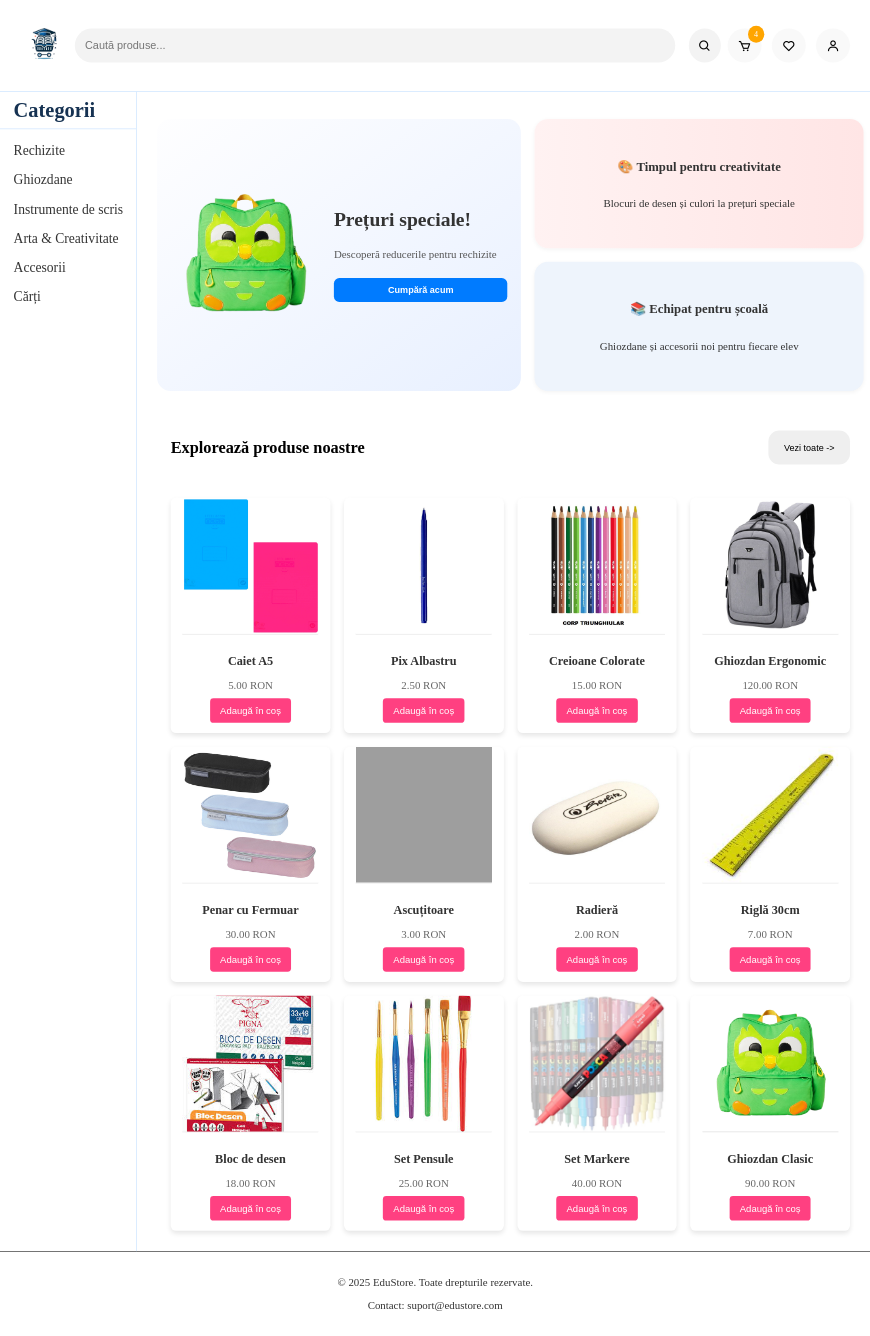
Repository: Roxana5504/WebDev-Project
Page: frontend/index.html
These files come from the project's save history. The page is drawn as it stood at one moment and after the next save; the edit follows.
The browser window is 1280 px wide. The pictures show the whole page, at 68% of full size.
Pictures or frames that could not be fetched are drawn as grey boxes.

Above is the page before, as saved 2025-04-23 17:05:55.

### frontend/index.html
<!DOCTYPE html>
<html lang="ro">
  <head>
    <meta charset="UTF-8" />
    <meta name="viewport" content="width=device-width, initial-scale=1.0" />
    <title>Căutare Produse</title>
    <link rel="stylesheet" href="/styles.css" />
    <link
      href="https://cdn.jsdelivr.net/npm/boxicons@2.1.4/css/boxicons.min.css"
      rel="stylesheet"
    />
  </head>

  <body>
    <header class="container-header">
      <div class="logo">
        <img src="/backend/images/logoDWS.png" alt="EduStore" />
      </div>

      <div class="search-bar">
        <button class="sidebar-toggle" id="sidebar-toggle">
          <i class="bx bx-menu"></i>
        </button>
        <input type="text" id="search-input" placeholder="Caută produse..." />
        <button class="search-btn" id="search-btn">
          <i class="bx bx-search"></i>
        </button>
      </div>

      <div class="header-icons">
        <div class="header-icon">
          <span class="cart-items">4</span>
          <i class="bx bx-cart"></i>
        </div>
        <div class="header-icon">
          <i class="bx bx-heart"></i>
        </div>
        <div class="header-icon profile">
          <i class="bx bx-user"></i>
        </div>
      </div>
    </header>

    <div class="main-content">
      <aside class="sidebar">
        <h2>Categorii</h2>
        <ul>
          <li>Rechizite</li>
          <li>Ghiozdane</li>
          <li>Instrumente de scris</li>
          <li>Arta & Creativitate</li>
          <li>Accesorii</li>
          <li>Cărți</li>
        </ul>
      </aside>

      <div class="container">
        <section class="banner">
          <div class="banner-left">
            <div class="banner-left-content">
              <div class="img-cont">
                <img src="/backend/images/gh.jpg" alt="Oferta specială" />
              </div>

              <div class="banner-text">
                <h2>Prețuri speciale!</h2>
                <p>Descoperă reducerile pentru rechizite</p>
                <button class="buy-now-btn" id="buy-now-btn">
                  Cumpără acum
                </button>
              </div>
            </div>
          </div>

          <div class="banner-right">
            <div class="banner-right-up">
              <h3>🎨 Timpul pentru creativitate</h3>
              <p>Blocuri de desen și culori la prețuri speciale</p>
            </div>
            <div class="banner-right-down">
              <h3>📚 Echipat pentru școală</h3>
              <p>Ghiozdane și accesorii noi pentru fiecare elev</p>
            </div>
          </div>
        </section>

        <section class="products">
          <div class="products-explore-line">
            <h2>Explorează produse noastre</h2>
            <button class="all-products-button">Vezi toate -></button>
          </div>
          <div id="product-list" class="product-list"></div>
        </section>
      </div>
    </div>
    <footer>
      <p>&copy; 2025 EduStore. Toate drepturile rezervate.</p>
      <p>Contact: suport@edustore.com</p>
    </footer>
    <script src="script.js"></script>
  </body>
</html>

### frontend/styles.css
/*CSS Roxana*/
html,
body {
  height: 100%;
  margin: 0;
  padding: 0;
}

.modal-overlay {
  position: fixed;
  top: 0;
  left: 0;
  right: 0;
  bottom: 0;
  background: rgba(0, 0, 0, 0.6);
  display: flex;
  align-items: center;
  justify-content: center;
  padding: 20px;
  z-index: 9999;
  overflow-y: auto;
  box-sizing: border-box;
}

.modal-content {
  display: flex;
  flex-direction: column;
  background: white;
  padding: 20px;
  border-radius: 10px;
  max-width: 800px;
  width: 100%;
  max-height: 90vh;
  overflow-y: auto;
  position: relative;
  box-sizing: border-box;
  align-items: center;
}

.modal-buttons {
  align-items: center;
  display: flex;
  gap: 10px;
  margin-top: 20px;
}

.modal-content button {
  background-color: black;
  color: white;
  font-weight: bold;
  border: none;
  padding: 12px 16px;
  border-radius: 5px;
}

.close-btn {
  position: absolute;
  top: 10px;
  right: 15px;
  font-size: 24px;
  cursor: pointer;
  color: red;
}

.modal-products {
  display: flex;
  flex-wrap: wrap;
  gap: 20px;
}

.modal-product-card {
  width: 200px;
  border: 1px solid #eee;
  border-radius: 10px;
  padding: 10px;
  text-align: center;
}

.modal-product-card img {
  max-width: 100%;
  height: auto;
  border-radius: 5px;
}

.container-header {
  padding: 30px;
  display: flex;
  align-items: center;
  justify-content: space-between;
  width: 100%;
  box-sizing: border-box;
  flex-wrap: wrap;
  gap: 10px;
  border-bottom: 1px solid rgb(203, 227, 255);
}

.logo img {
  height: 70px;
  cursor: pointer;
}

.search-bar {
  flex: 1;
  gap: 20px;
  display: flex;
  align-items: center;
  position: relative;
  max-width: 1000px;
}

.search-btn {
  width: 50px;
  height: 50px;
  border-radius: 100%;
  border: none;
  background-color: #f3f3f3;
  display: flex;
  justify-content: center;
  align-items: center;
  cursor: pointer;
  font-size: 20px;
}

.search-bar input {
  min-width: 200px;
  width: 100%;
  height: 50px;
  padding: 10px 15px;
  border-radius: 50px;
  border: none;
  background-color: #f3f3f3;
  font-size: 16px;
  outline: none;
  box-sizing: border-box;
}

.header-icons {
  display: flex;
  align-items: center;
  gap: 15px;
}

.header-icon {
  position: relative;
  width: 50px;
  height: 50px;
  background-color: #f9f9f9;
  border-radius: 50%;
  display: flex;
  justify-content: center;
  align-items: center;
  cursor: pointer;
}

.header-icon i {
  font-size: 20px;
  color: black;
}

.cart-items {
  position: absolute;
  top: -4px;
  right: -4px;
  background-color: orange;
  color: white;
  font-size: 12px;
  border-radius: 100%;
  padding: 5px 9px;
}

.main-content {
  display: flex;
  flex: 1;
  box-sizing: border-box;
  justify-content: left;
}

.container {
  flex: 1;
  width: 100%;
  margin: 0px auto;
  display: flex;
  flex-direction: column;
  padding: 10px;
  max-width: 1200px;
  box-sizing: border-box;
  justify-content: flex-start;
}

.sidebar {
  position: relative;
  height: auto;
  width: 200px;
  padding-right: 0px;
  margin-right: 20px;
  border-right: 1px solid rgb(203, 227, 255);
}

.sidebar h2 {
  padding: 10px 0 10px 20px;
  font-size: 30px;
  font-weight: bold;
  margin-top: 0px;
  color: rgb(22, 50, 82);
  margin-bottom: 10px;
  border-bottom: 1px solid rgb(203, 227, 255);
}

.sidebar ul {
  position: fixed;
  list-style: none;
  padding: 0;
  margin: 0;
  margin-left: 20px;
}

.sidebar ul li {
  padding: 10px 0;
  font-size: 20px;
  color: #333;
  cursor: pointer;
  transition: color 0.3s ease;
}

.sidebar ul li:hover {
  color: #0d4e5a;
}

.sidebar-toggle {
  background: none;
  border: none;
  font-size: 25px;
  cursor: pointer;
  display: none;
}

.banner {
  display: flex;
  flex-wrap: wrap;
  gap: 20px;
  margin: 30px 0;
  width: 100%;
}

.banner-left {
  box-sizing: border-box;
  background: linear-gradient(to bottom right, #fefeff, #e8f0ff);
  border-radius: 20px;
  padding: 20px;
  position: relative;
  display: flex;
  align-items: center;
  justify-content: space-between;
  flex: 1 1 50%;
}

.banner-left-content {
  display: flex;
  gap: 20px;
  align-items: center;
  flex-wrap: wrap;
  width: 100%;
  max-width: 500px;
}

.banner-left-content img {
  width: 100%;
  max-width: 220px;
  height: auto;
  border-radius: 10px;
  object-fit: cover;
}

.banner-text {
  flex: 1;
  display: flex;
  flex-direction: column;
  gap: 10px;
}

.banner-text h2 {
  font-size: 1.8rem;
  color: #333;
  margin: 0;
}

.banner-text p {
  font-size: 1rem;
  color: #555;
}

.buy-now-btn {
  background-color: #007bff;
  color: white;
  border: none;
  padding: 10px 16px;
  border-radius: 8px;
  font-weight: bold;
  cursor: pointer;
  transition: background 0.3s ease;
}

.buy-now-btn:hover {
  background-color: #0056b3;
}

.banner-right {
  flex: 1 1 45%;
  display: flex;
  flex-direction: column;
  justify-content: space-between;
  gap: 20px;
  min-width: 300px;
}

.banner-right-up,
.banner-right-down {
  border-radius: 20px;
  padding: 20px;
  text-align: center;
  min-height: 150px;
  display: flex;
  flex-direction: column;
  justify-content: center;
  box-shadow: 0 2px 6px rgba(0, 0, 0, 0.05);
}

.banner-right-up {
  background: linear-gradient(to right, #fff2f2, #ffe5e5);
  color: #333;
}

.banner-right-down {
  background: #eef4fc;
  color: #333;
}

footer {
  text-align: center;
  padding: 20px;
  border-top: 1px solid #333;
  color: #333;
  background-color: white;
}

.products-explore-line {
  display: flex;
  justify-content: space-between;
  width: 100%;
  box-sizing: border-box;
  align-items: center;
  padding: 20px;
}

.all-products-button {
  border: none;
  border-radius: 16px;
  padding: 0px 10px;
  width: 120px;
  height: 50px;
  cursor: pointer;
}

@media (max-width: 768px) {
  .search-bar {
    gap: 10px;
    width: 100%;
    margin: 0px;
    order: 1;
    display: flex;
    justify-content: center;
  }

  .search-bar input {
    flex: 1;
    margin: 0 10px;
  }

  .banner {
    flex-direction: column;
  }

  .banner-left {
    width: 100%;
    flex: none;
  }

  .banner-right {
    flex-direction: row;
    flex-wrap: wrap;
    width: 100%;
    gap: 20px;
  }

  .banner-right-up,
  .banner-right-down {
    flex: 1 1 48%;
    min-width: 48%;
    padding: 15px;
  }
}

@media (max-width: 600px) {
  .modal-products {
    flex-direction: column;
    align-items: center;
  }

  .modal-product-card {
    width: 100%;
    max-width: 300px;
  }
  .sidebar {
    width: 30%;
    z-index: 99;
    transform: translateX(-100%);
    display: none;
  }

  .sidebar-toggle {
    display: block;
  }

  .sidebar.open {
    transform: translateX(0);
    display: block;
  }

  .sidebar h2 {
    font-size: 22px;
  }

  .sidebar ul li {
    font-size: 16px;
  }
}

/*Sfarsit CSS Roxana*/

.product-list {
  display: grid;
  grid-template-columns: repeat(auto-fit, minmax(220px, 1fr));
  gap: 20px;
  padding: 20px;
}

.product-card {
  background: white;
  border-radius: 8px;
  box-shadow: 0px 4px 8px rgba(0, 0, 0, 0.1);
  overflow: hidden;
  text-align: center;
  transition: transform 0.2s ease-in-out;
}

.product-card:hover {
  transform: scale(1.05);
}

.product-card img {
  width: 100%;
  height: 200px;
  object-fit: cover;
  border-bottom: 1px solid #ddd;
}

.product-card .product-info {
  padding: 15px;
}

.product-card h3 {
  font-size: 18px;
  margin: 10px 0;
  color: #333;
}

.product-card p {
  font-size: 16px;
  color: #666;
  margin-bottom: 10px;
}

.product-card button {
  background: #ff4081;
  color: white;
  border: none;
  padding: 10px 15px;
  border-radius: 5px;
  cursor: pointer;
  font-size: 14px;
  transition: background 0.3s;
}

.product-card button:hover {
  background: #e6006e;
}

@media (max-width: 768px) {
  .product-list {
    grid-template-columns: repeat(auto-fit, minmax(180px, 1fr));
  }
}

### frontend/script.js
//Roxana
document.addEventListener("DOMContentLoaded", function () {
  const categoryItems = document.querySelectorAll("aside li")
  const productList = document.getElementById("product-list")
  let products = []

  fetch("/products.json")
    .then((response) => {
      if (!response.ok) {
        throw new Error("Eroare la încărcarea fișierului products.json")
      }
      return response.json()
    })
    .then((data) => {
      products = data.products.map((product) => {
        const name = product.name.toLowerCase()
        let category = "altele"

        if (name.includes("ghiozdan")) category = "ghiozdane"
        else if (
          name.includes("pix") ||
          name.includes("creion") ||
          name.includes("marker") ||
          name.includes("pensul")
        )
          category = "arta-creativitate"
        else if (
          name.includes("radier") ||
          name.includes("ascuțitoare") ||
          name.includes("rigl")
        )
          category = "accesorii"
        else if (
          name.includes("caiet") ||
          name.includes("penar") ||
          name.includes("bloc")
        )
          category = "rechizite"

        return { ...product, category }
      })

      renderProducts()
    })
    .catch((error) => {
      console.error("Eroare la încărcare produse:", error)
    })

  function renderProducts() {
    productList.innerHTML = ""
    products.forEach((product) => {
      const productCard = document.createElement("div")
      productCard.classList.add("product-card")
      productCard.setAttribute("data-category", product.category)
      productCard.innerHTML = `
        <img src="${product.image}" alt="${
        product.name
      }" style="width: 200px; height: 200px; object-fit: cover;">
        <div class="product-info">
          <h3>${product.name}</h3>
          <p>${product.price.toFixed(2)} RON</p>
          <button>Adaugă în coș</button>
        </div>
      `
      productList.appendChild(productCard)
    })
  }

  categoryItems.forEach((item) => {
    item.addEventListener("click", function () {
      const category = this.textContent
        .trim()
        .toLowerCase()
        .replace(/\s+/g, "-")
      const productCards = document.querySelectorAll(".product-card")

      productCards.forEach((product) => {
        if (
          product.getAttribute("data-category") === category ||
          category === "toate"
        ) {
          product.style.display = "flex"
        } else {
          product.style.display = "none"
        }
      })
    })
  })
})

document.getElementById("search-btn").addEventListener("click", () => {
  const query = document.getElementById("search-input").value.trim()

  fetch(`/products/${query}`)
    .then((res) => {
      if (!res.ok) throw new Error("Server error: " + res.status)
      return res.json()
    })
    .then((data) => {
      if (data.length > 0) {
        showModalWithProducts(data)
      } else {
        showNoProductFoundModal(query)
      }
    })
    .catch((err) => {
      console.error("Eroare:", err)
    })
})

document.getElementById("buy-now-btn").addEventListener("click", () => {
  const query = "Ghiozdan Clasic"
  fetch(`/products/${query}`)
    .then((res) => {
      if (!res.ok) throw new Error("Server error: " + res.status)
      return res.json()
    })
    .then((data) => {
      if (data.length > 0) {
        showModalWithProducts(data)
      } else {
        showNoProductFoundModal(query)
      }
    })
    .catch((err) => {
      console.error("Eroare:", err)
    })
})

function showModalWithProducts(products) {
  let modalHTML = `
      <div id="product-modal" class="modal-overlay">
        <div class="modal-content">
          <span class="close-btn" onclick="closeModal()">&times;</span>
          <h2>Rezultate Căutare</h2>
          <div class="modal-products">
    `

  products.forEach((product) => {
    modalHTML += `
        <div class="modal-product-card">
          <img src="${product.image}" alt="${product.name}" />
          <h3>${product.name}</h3>
          <p>Preț: ${product.price} lei</p>
          <p>Cantitate: ${product.quantity ?? "Nespecificat"}</p>
        </div>
      `
  })

  modalHTML += `
          </div>
        </div>
      </div>
    `

  document.body.insertAdjacentHTML("beforeend", modalHTML)
}

function showNoProductFoundModal(query) {
  const modalHTML = `
      <div id="product-modal" class="modal-overlay">
        <div class="modal-content">
          <span class="close-btn" onclick="closeModal()">&times;</span>
          <h2>Produs negăsit</h2>
          <p>Nu am găsit produsul <strong>"${query}"</strong>.</p>
          <p>Dorești să îl adaugi în magazin?</p>
          <div class="modal-buttons">
          <button onclick="openAddProductForm('${query}')">Adaugă produs</button>
          <button onclick="closeModal()">Încearcă din nou</button></div>
        </div>
      </div>
    `
  document.body.insertAdjacentHTML("beforeend", modalHTML)
}

function closeModal() {
  const modal = document.getElementById("product-modal")
  if (modal) modal.remove()
}

const sidebarToggle = document.getElementById("sidebar-toggle")
const sidebar = document.querySelector(".sidebar")

sidebarToggle.addEventListener("click", () => {
  sidebar.classList.toggle("open")
})
//Sfarsit cod Roxana

### backend/products.json
{
  "products": [
    { "name": "Caiet A5", "price": 5.0, "image": "/backend/images/caiet.jpg" },
    {
      "name": "Pix Albastru",
      "price": 2.5,
      "image": "/backend/images/pix.jpg",
      "quantity": 20
    },
    {
      "name": "Creioane Colorate",
      "price": 15.0,
      "image": "/backend/images/creioane.jpg",
      "quantity": 20
    },
    {
      "name": "Ghiozdan Ergonomic",
      "price": 120.0,
      "image": "/backend/images/ghiozdan.jpg",
      "quantity": 20
    },
    {
      "name": "Penar cu Fermuar",
      "price": 30.0,
      "image": "/backend/images/penar.jpg",
      "quantity": 20
    },
    {
      "name": "Ascuțitoare",
      "price": 3.0,
      "image": "/backend/images/ascutitoare.jpg",
      "quantity": 20
    },

    {
      "name": "Radieră",
      "price": 2.0,
      "image": "/backend/images/radiera.jpg",
      "quantity": 20
    },
    {
      "name": "Riglă 30cm",
      "price": 7.0,
      "image": "/backend/images/rigla.jpg",
      "quantity": 20
    },
    {
      "name": "Bloc de desen",
      "price": 18.0,
      "image": "/backend/images/blocdesen.jpg",
      "quantity": 20
    },
    {
      "name": "Set Pensule",
      "price": 25.0,
      "image": "/backend/images/pensule.jpg",
      "quantity": 20
    },
    {
      "name": "Set Markere",
      "price": 40.0,
      "image": "/backend/images/markere.jpg",
      "quantity": 20
    },
    {
      "name": "Ghiozdan Clasic",
      "price": 90.0,
      "image": "/backend/images/gh.jpg",
      "quantity": 20
    }
  ]
}

After the next save:
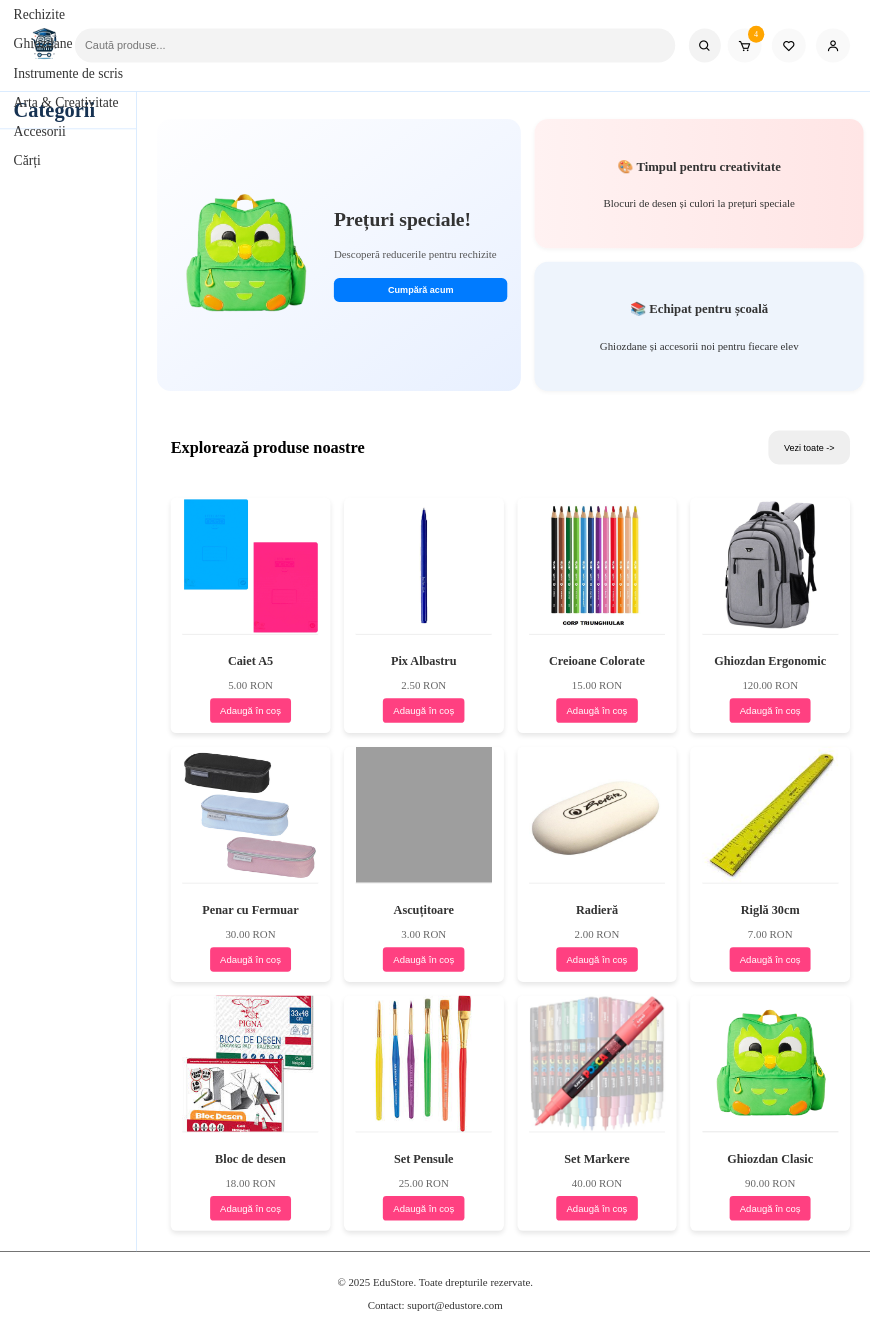
Saved 31 s later.
--- a/frontend/styles.css
+++ b/frontend/styles.css
@@ -208,6 +208,7 @@
 
 .sidebar ul {
   position: fixed;
+  top: 0;
   list-style: none;
   padding: 0;
   margin: 0;

After the save that followed:
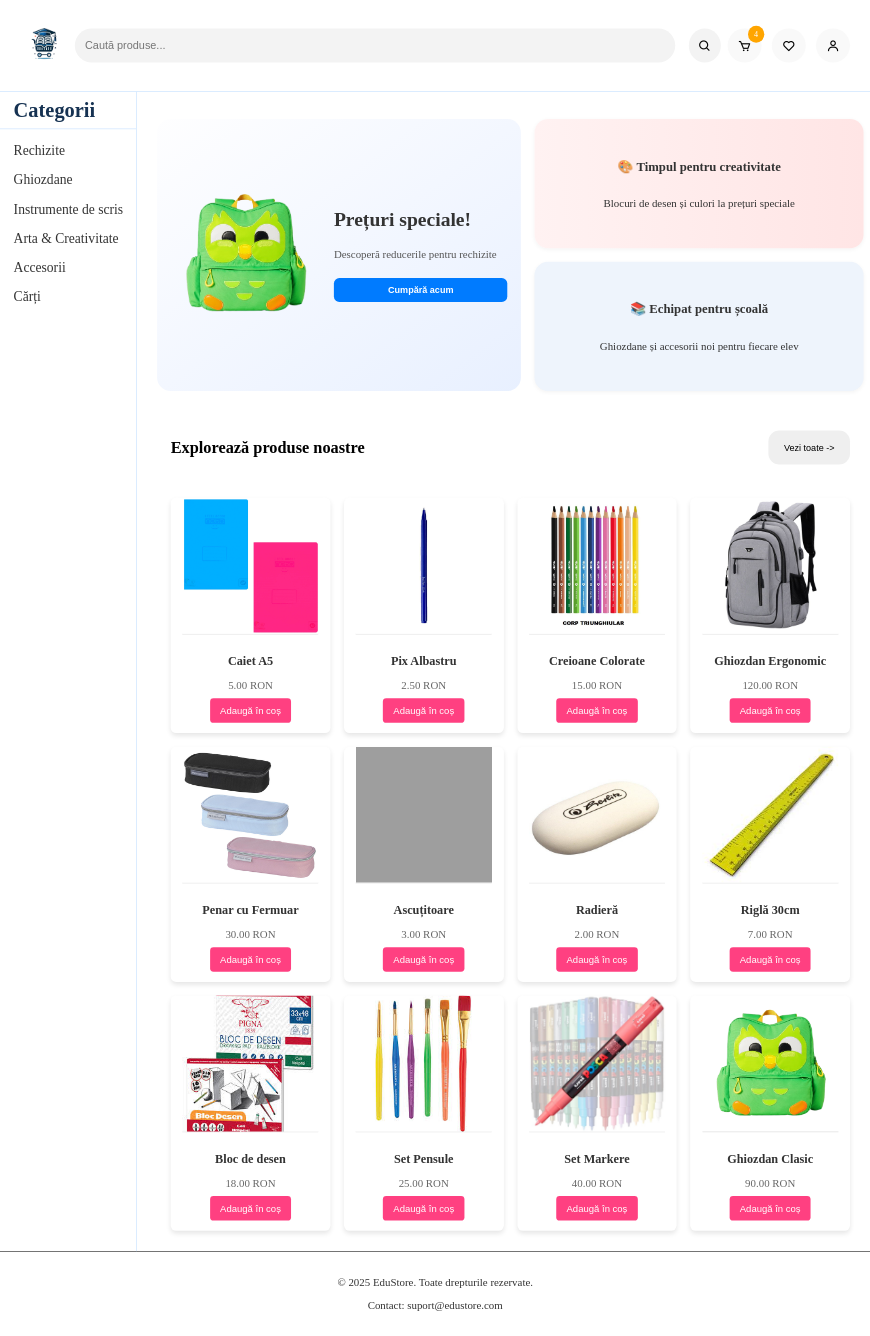
Saved 10 s later.
--- a/frontend/styles.css
+++ b/frontend/styles.css
@@ -208,7 +208,6 @@
 
 .sidebar ul {
   position: fixed;
-  top: 0;
   list-style: none;
   padding: 0;
   margin: 0;
